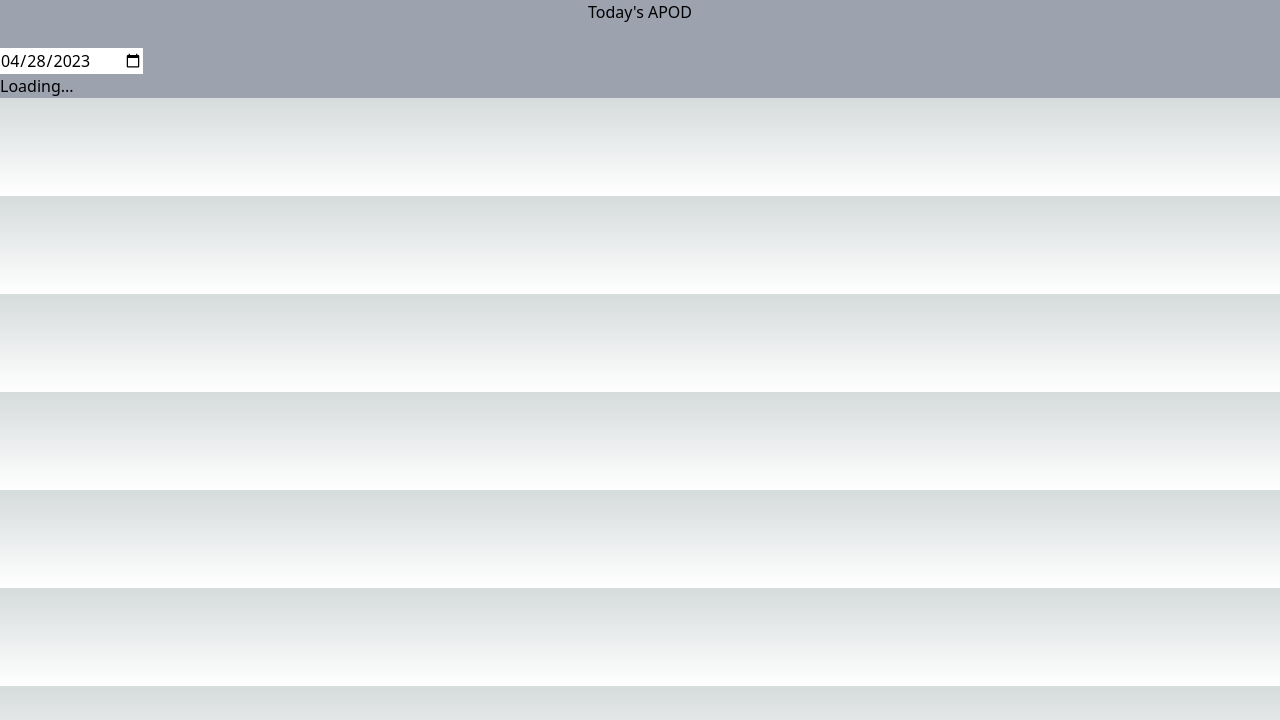
Repository: sercanisli/NasaApod
Page: /
These files come from the project's save history. The page is drawn as it stood at one moment and after the next save; the edit follows.
The browser window is 1280 px wide. The pictures show the whole page.
The page's requests for data from a server got no answer. The project was rebuilt for these pictures with package versions that can differ from the ones it lists, and the page was loaded fresh each time. The framework's server and built-in components were replaced by stand-ins that run in the browser. No one was signed in, and anything a server would have sent is missing. Also part of the build but not shown: next.config.js.

Above is the page before, as saved 2023-05-12 01:58:26.

### pages/index.js
import React, { useState } from 'react';
import DateSelector from '../components/DateSelector';
import Apod from '@/components/Apod';

const HomePage = () => {
  const [selectedDate, setSelectedDate] = useState(new Date().toISOString().substr(0, 10));

  const handleDateSelected = (date) => {
    setSelectedDate(date);
  };

  return (
    <div className="bg-gray-400">
      <DateSelector onDateSelected={handleDateSelected} />
      <Apod date={selectedDate} />
    </div>
  );
};

export default HomePage;

### components/DateSelector.js
import React from 'react';

const DateSelector = ({ onDateChange }) => {
  return (
    <div >
      <h6 className="flex justify-center">Today's APOD</h6>
      <button onClick={() => onDateChange(new Date())}></button>
    </div>
  );
};

export default DateSelector;

### components/Apod.js
import React, { useState, useEffect } from 'react';
import axios from 'axios';

const API_KEY = 'EE0ZIoEOksDZKvkNgEcM1TfRaKWtTACerC0GhuJQ';

function Apod() {
  const [apodData, setApodData] = useState(null);
  const [selectedDate, setSelectedDate] = useState(new Date());

  useEffect(() => {
    const formatDate = date => {
      const year = date.getFullYear();
      const month = (date.getMonth() + 1).toString().padStart(2, '0');
      const day = date.getDate().toString().padStart(2, '0');
      return `${year}-${month}-${day}`;
    }

    const fetchApodData = async () => {
      try {
        const response = await axios.get(`https://api.nasa.gov/planetary/apod?api_key=${API_KEY}&date=${formatDate(selectedDate)}`);
        setApodData(response.data);
      } catch (error) {
        console.error(error);
      }
    };

    fetchApodData();
  }, [selectedDate]);

  const handleDateChange = event => {
    const selectedDate = new Date(event.target.value);
    setSelectedDate(selectedDate);
  };

  return (
    <div>
      <input type="date" value={selectedDate.toISOString().substr(0, 10)} onChange={handleDateChange} />
      {apodData ? (
        <div>
          <h1>{apodData.title}</h1>
          <img src={apodData.url} alt={apodData.title} />
          <p>{apodData.explanation}</p>
        </div>
      ) : (
        <p>Loading...</p>
      )}
    </div>
  );
}

export default Apod;

Loaded but not shown: pages/_app.js (common file); pages/_document.js (common file); styles/globals.css (common file); tailwind.config.js (common file)

After the next save:
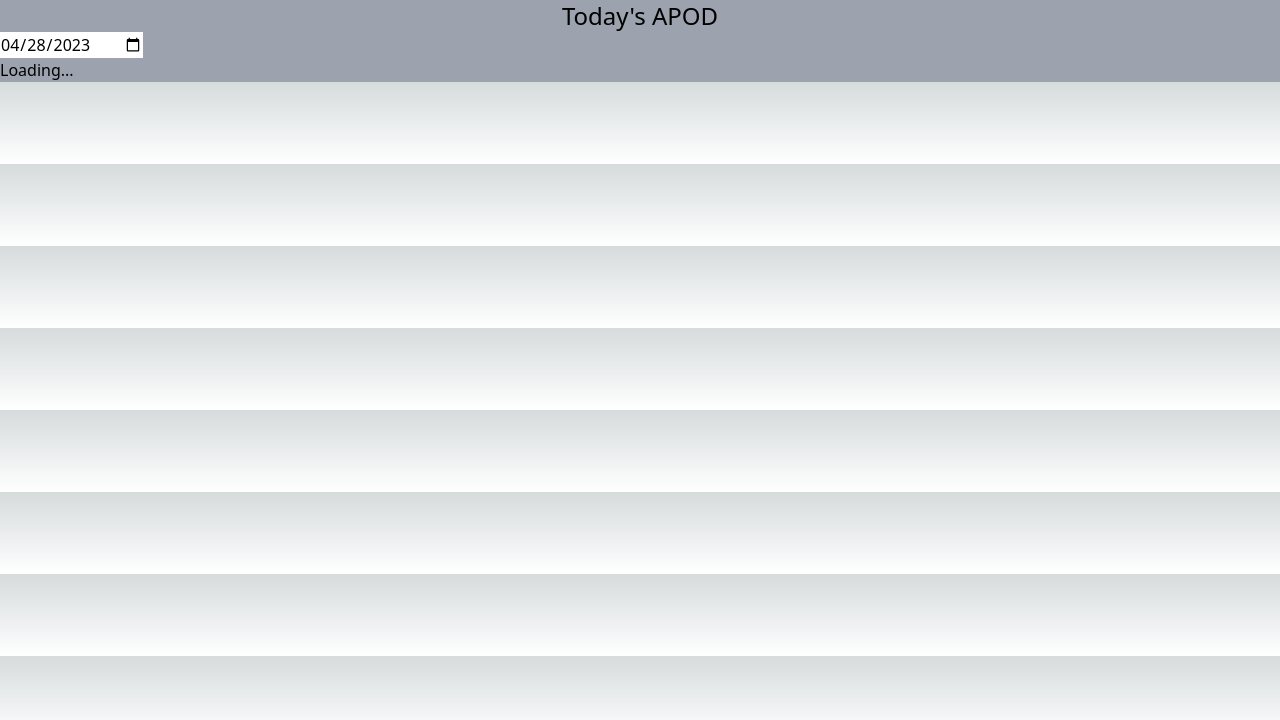
Saved 95 s later.
--- a/components/DateSelector.js
+++ b/components/DateSelector.js
@@ -2,9 +2,10 @@ import React from 'react';
 
 const DateSelector = ({ onDateChange }) => {
   return (
-    <div >
-      <h6 className="flex justify-center">Today's APOD</h6>
-      <button onClick={() => onDateChange(new Date())}></button>
+    <div className="flex justify-center">
+      <button onClick={() => onDateChange(new Date())}>
+        <span className="text-2xl">Today's APOD</span>
+      </button>
     </div>
   );
 };
